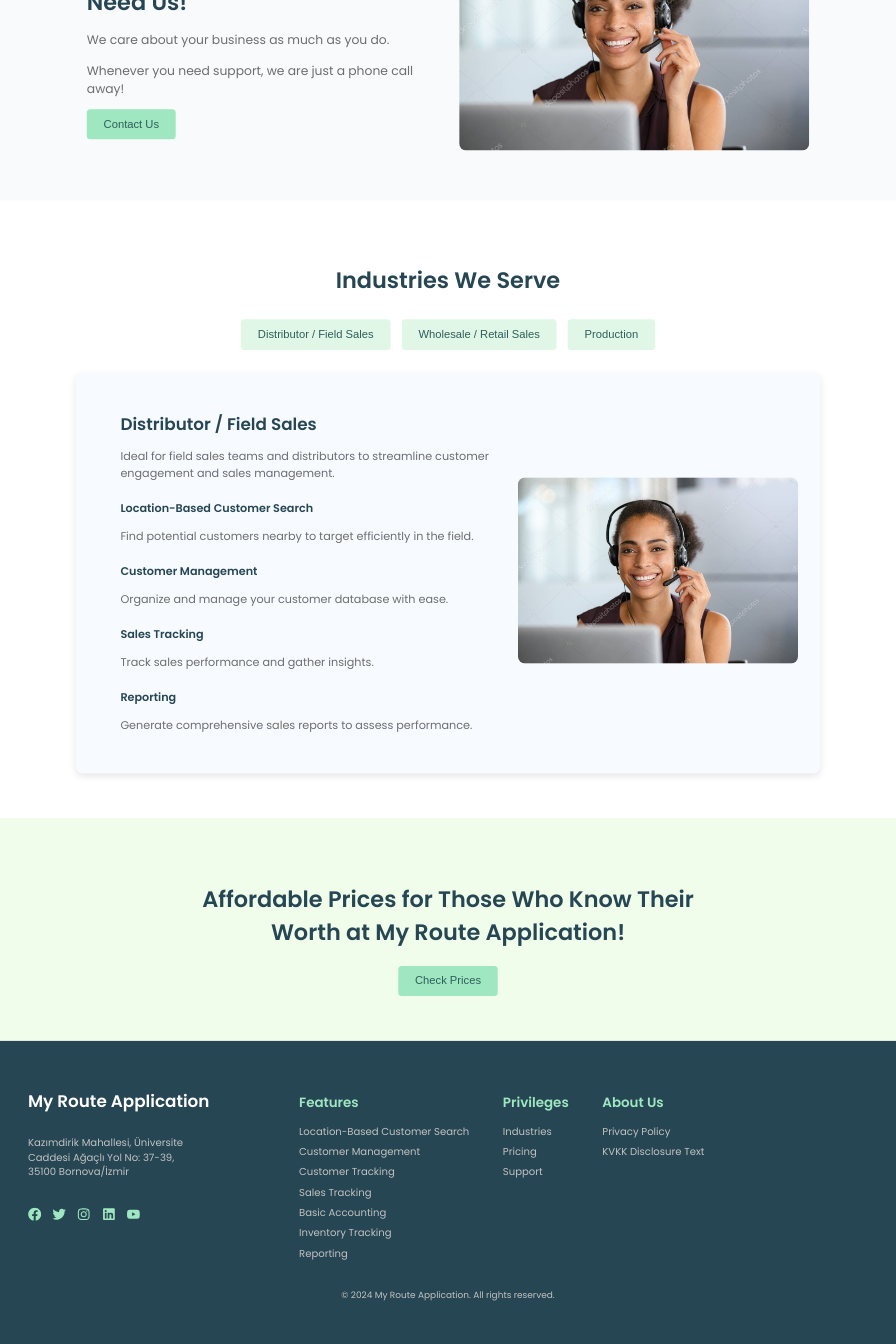
Repository: senolinanyasar/myrouteapplication
Page: /
An editor plug-in stored every save of this project. The page is shown before and after the next save, followed by the edit.
The browser window is 1280 px wide. The pictures show the part of the page from y = 2360 to 4280 px (the page is 4280 px tall before and 4152 px after), at 70% of full size.
The project was rebuilt for these pictures with package versions that can differ from the ones it lists, and the page was loaded fresh each time. Also part of the build but not shown: vite.config.js, src/components/PricingPage.css, src/components/PricingPage.js.

Above is the page before, as saved 2024-11-16 20:47:03.

After the next save:
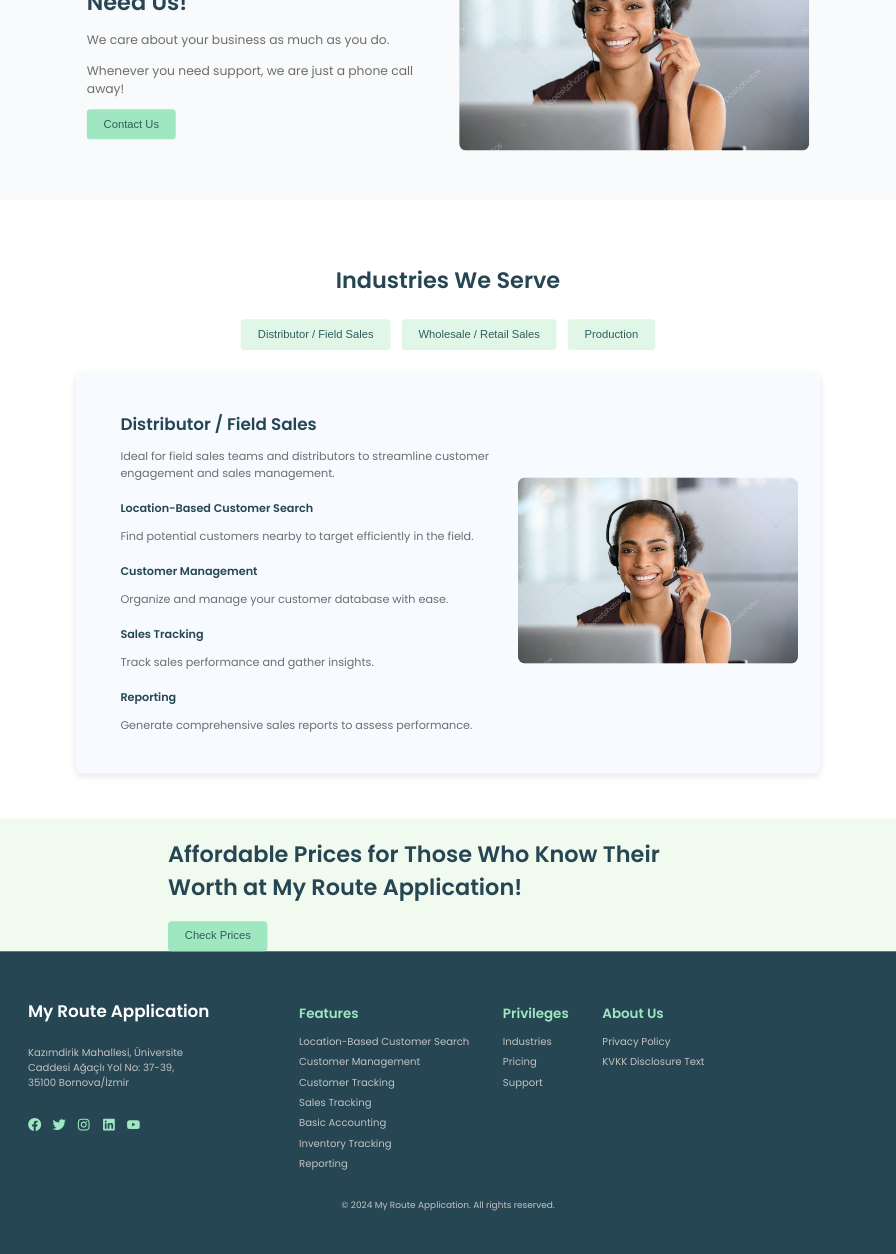
Saved 71 s later.
--- a/src/components/PricingSection.css
+++ b/src/components/PricingSection.css
@@ -1,6 +1,6 @@
 /* PricingSection.css */
 
-.pricin-section{
+.pricing-section{
     background-color: #f0fdeb;
     padding: 4rem 2rem;
     text-align: center;
